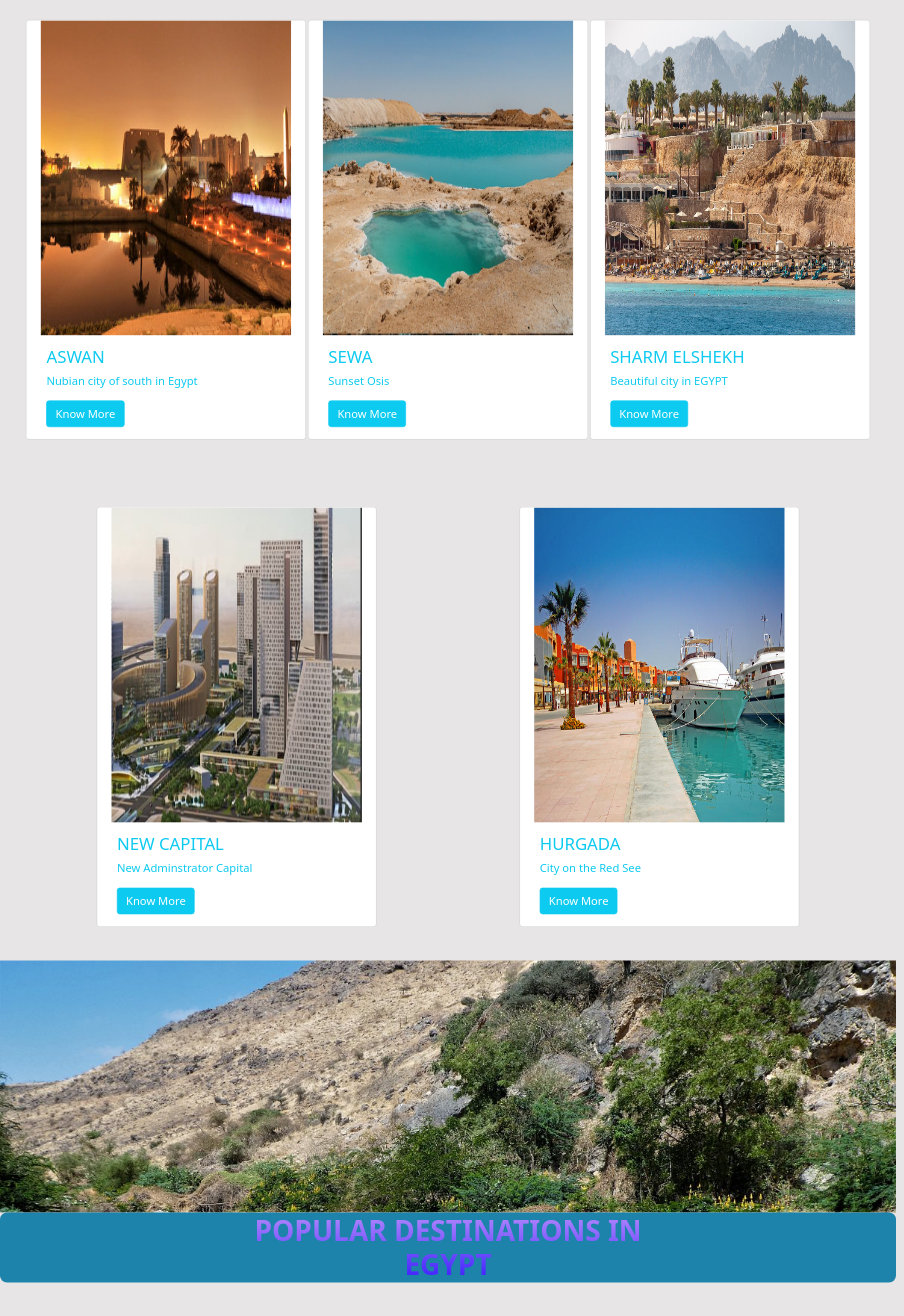
Repository: Ahmed123rezk123/P-temp
Page: index.html
An editor plug-in stored every save of this project. The page is shown before and after the next save, followed by the edit.
The browser window is 1280 px wide. The page is 1292 px wide, so the pictures cover 1292 px, including what lies to the right of the window. The pictures show the part of the page from y = 4313 to 6193 px (the page is 6193 px tall), at 70% of full size.
Backgrounds fixed to the window are drawn as part of the page.

Above is the page before, as saved 2024-02-18 11:55:39.

After the next save:
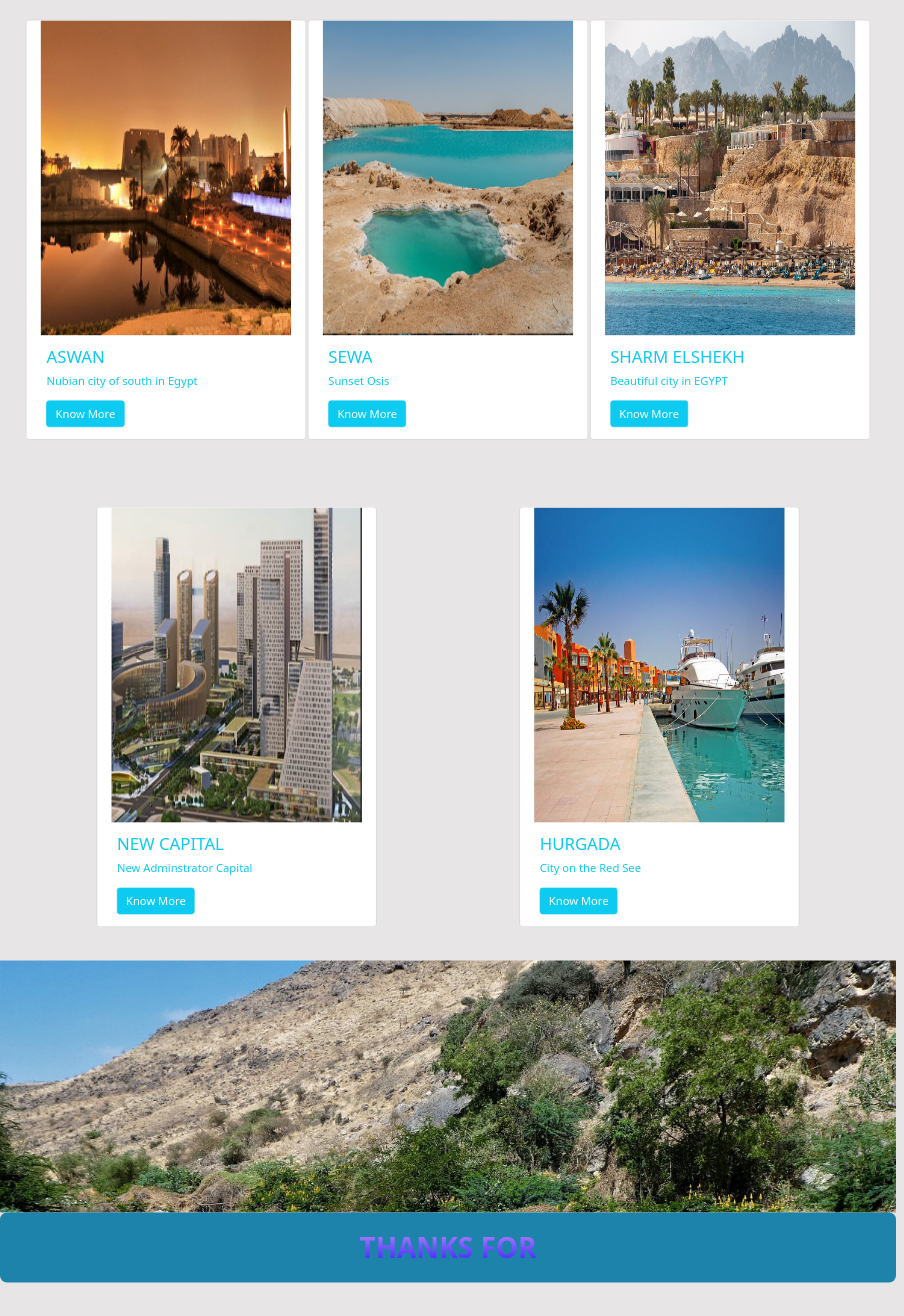
Saved 18 s later.
--- a/index.html
+++ b/index.html
@@ -457,7 +457,7 @@
   <!-- End Section 14 -->
     <!-- Start Section 15 -->
     <div class="section15 text-center mb-5">
-      <h1>Popular destinations in Egypt</h1>
+      <h1>Thanks For</h1>
     </div>
     <!-- End section 15 -->
 
